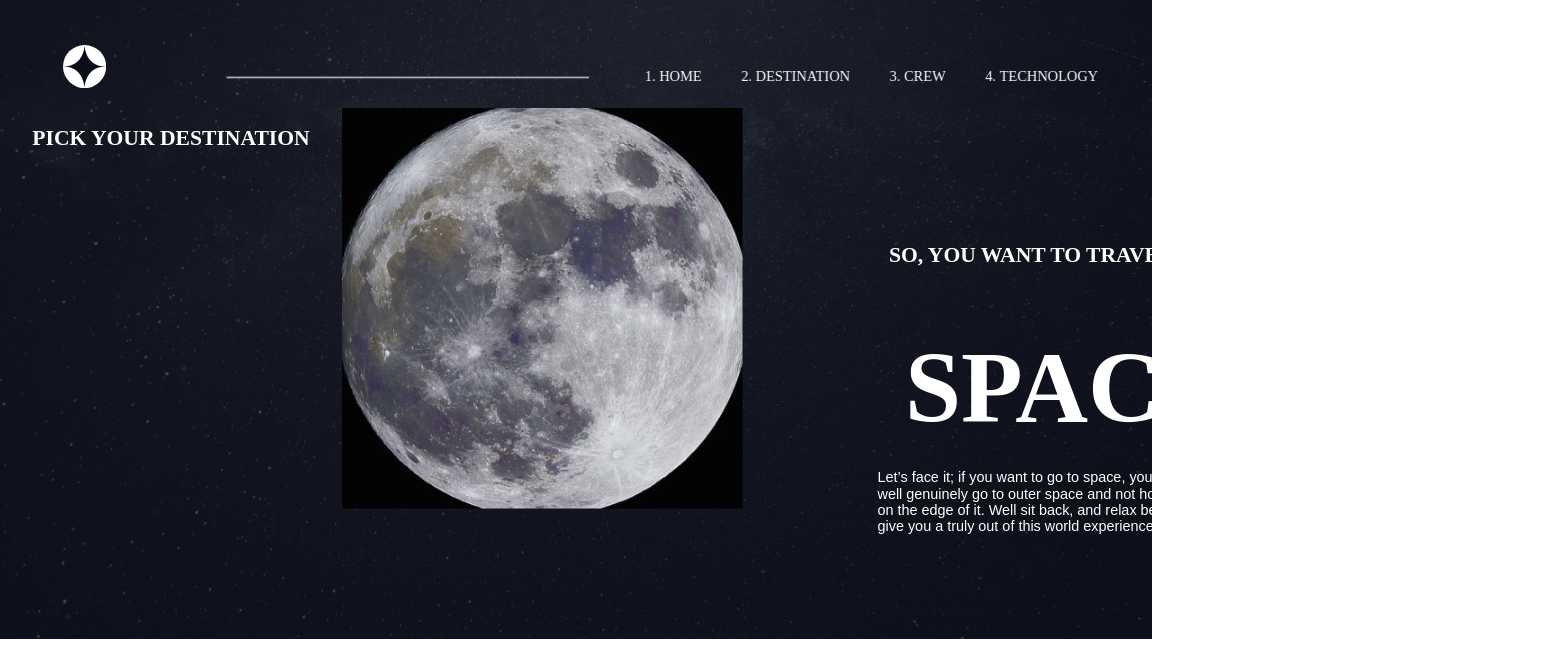
Repository: batonAnton/space_tourism
Page: destination.html
The author's editor kept a copy of each file at every save. The page is drawn from the files as they stood at one save, then again after the next save.
The browser window is 1280 px wide. The page is 1475 px wide, then 1725 px, so the pictures cover 1725 px, including what lies to the right of the window. The pictures show the whole page, at 90% of full size.
Some web fonts or font styles are not loaded; a fallback is used.

Above is the page before, as saved 2022-05-19 14:50:29.

### destination.html
<!DOCTYPE html>
<html lang="en">
<head>
    <meta charset="UTF-8">
    <meta http-equiv="X-UA-Compatible" content="IE=edge">
    <meta name="viewport" content="width=device-width, initial-scale=1.0">
    <title>Space Tourism</title>
    <link rel="stylesheet" href="css/style2 .css">
    <link rel="preconnect" href="https://fonts.googleapis.com">
    <link rel="preconnect" href="https://fonts.gstatic.com" crossorigin>
    <link href="https://fonts.googleapis.com/css2?family=Bellefair&family=Merriweather&display=swap" rel="stylesheet">

    <link rel="preconnect" href="https://fonts.gstatic.com" crossorigin>
    <link href="https://fonts.googleapis.com/css2?family=Bellefair&family=Merriweather&display=swap" rel="stylesheet">
    <link rel="preconnect" href="https://fonts.googleapis.com">
    <link rel="preconnect" href="https://fonts.gstatic.com" crossorigin>
    <link href="https://fonts.googleapis.com/css2?family=Barlow+Condensed:wght@300&family=Bellefair&family=Merriweather&display=swap" rel="stylesheet">
</head>
<body>

    <div id="destination" class="bg">
        <div class="top-container">
            <div class="logo_img">
                <img src="/images/Icon.svg" alt="logo">

            </div>

                                             <!--navbar code -->
            <div class="nav">

                <hr>
                    <ol>

                        <li><a href="#home">home</a></li>
                        <li><a href="">destination</a></li>
                        <li><a href="">crew</a></li>
                        <li><a href="">technology</a></li>

                    </ol>

            </div>
        </div>

        <div class="middle_container">
            <h2>pick your destination</h2>


            <div class="planet_img">
                <div class="planet_bg">
                    <img src="/images/destination_img/moon.png" alt="">
                </div>
            </div>



                <div class="get-info">
                    <h2>so, you want to travel to</h2>
                    <h1>space</h1>
                    <p>Let’s face it; if you want to go to space, you might as well genuinely go to outer space and not hover kind of on the edge of it. Well sit back, and relax because we’ll give you a truly out of this world experience!</p>
                </div>


        </div>

    </div>
</body>
</html>

### css/style2 .css
body {
  /* height: 900px; */
  margin: 0;
}

.bg {
  background-image: url(/images/destination_img/bg.jpg);
  height: 100%;
  background-position: center;
  background-repeat: no-repeat;
  background-size: cover;
}

.top-container {
  /* display: inline-block; */
  padding: 50px 0px 50px 70px;
  /* width: 100%; */
}

.logo_img {
  /* width: 555px; */
  float: left;
}

hr {
  width: 400px;
  position: absolute;
  margin: 25px 0px 100px -390px;
}

.nav {
  /* width: 60%; */
  /* margin-left: 408px; */
  position: relative;
  float: right;
  clear: none;
  /* border: 1px solid #979797; */
  padding: 10px 0px 10px 0px;
  backdrop-filter: blur(85px);
  text-transform: uppercase;
}
.nav a {
  text-decoration: none;
}

.nav a:after {
  background: none repeat scroll 0 0 transparent;
  bottom: 0;
  content: "";
  display: block;
  height: 2px;
  left: 50%;
  position: absolute;
  background: #fff;
  transition: width 0.3s ease 0s, left 0.3s ease 0s;
  width: 0;
}
a:hover:after {
  width: 10%;
  left: 0;
}

ol {
  display: inline-flex;
  /* width: 200px; */
  margin-left: 50px;
}

li {
  padding: 0px 60px 0px 0px;
  color: #ffffff;
}

.nav a {
  color: #ffffff;
  font-family: "Bellefair", serif;
  /* font-family: "Merriweather", serif; */
}

/* middle-container property */
.middle_container {
  display: inline-flex;
}

.get-info {
  margin: 130px 100px 100px 150px;
}

h1,
h2,
p {
  color: #ffffff;
}

h1,
h2 {
  text-align: center;
  width: 380px;
  text-transform: uppercase;
  font-family: "Bellefair", serif;
}

h1 {
  font-size: 7rem;
  height: 80px;
  padding-left: 20px;
  margin-top: 70px;
}

p {
  width: 400px;
  text-align: left;
  font-family: "Barlow Condensed", sans-serif;
}

.btn_block {
  /* padding: 300px 0px 0px 300px; */
  margin: 270px 0px 0px 250px;
}

.btn {
  background: ffffff;
  background-image: -webkit-linear-gradient(top, ffffff, #2980b9);
  background-image: -moz-linear-gradient(top, ffffff, #2980b9);
  background-image: -ms-linear-gradient(top, ffffff, #2980b9);
  background-image: -o-linear-gradient(top, ffffff, #2980b9);
  background-image: linear-gradient(to bottom, ffffff, #2980b9);
  -webkit-border-radius: 100;
  -moz-border-radius: 100;
  border-radius: 200px;
  -webkit-box-shadow: 0px 1px 3px #666666;
  -moz-box-shadow: 0px 1px 3px #666666;
  box-shadow: 0px 1px 3px #666666;
  font-family: "Bellefair", serif;
  /* font-family: "Merriweather", serif;
    color: #0b0d17; */
  font-size: 25px;
  padding: 45px 40px 45px 40px;
  border: solid #1f628d 0px;
  text-decoration: none;
  /* float: right; */
  height: 200px;
  width: 200px;
  text-transform: uppercase;
}

.btn:hover {
  background: #979797;
  /* background-image: -webkit-linear-gradient(top, #97979, #3498db);
    background-image: -moz-linear-gradient(top, #3cb0fd, #3498db);
    background-image: -ms-linear-gradient(top, #3cb0fd, #3498db);
    background-image: -o-linear-gradient(top, #3cb0fd, #3498db);
    background-image: linear-gradient(to bottom, #3cb0fd, #3498db); */
  text-decoration: none;
  box-shadow: -5px 20px 20px 20px#666666;
  /* border-width: 100px; */
}

After the next save:
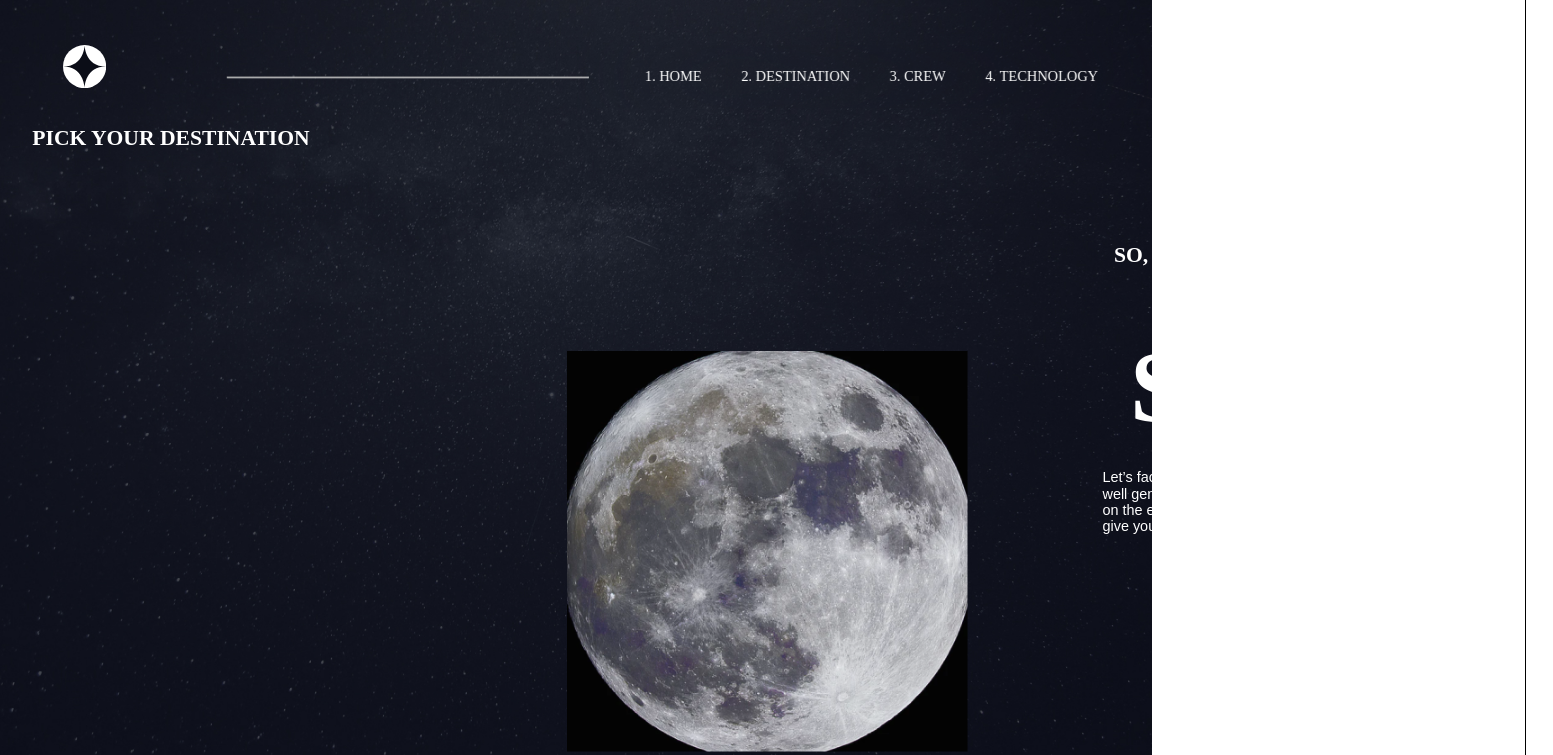
Saved 26 s later.
--- a/css/style2 .css
+++ b/css/style2 .css
@@ -113,7 +113,7 @@ p {
   font-family: "Barlow Condensed", sans-serif;
 }
 
-.btn_block {
+.planet_img {
   /* padding: 300px 0px 0px 300px; */
   margin: 270px 0px 0px 250px;
 }
